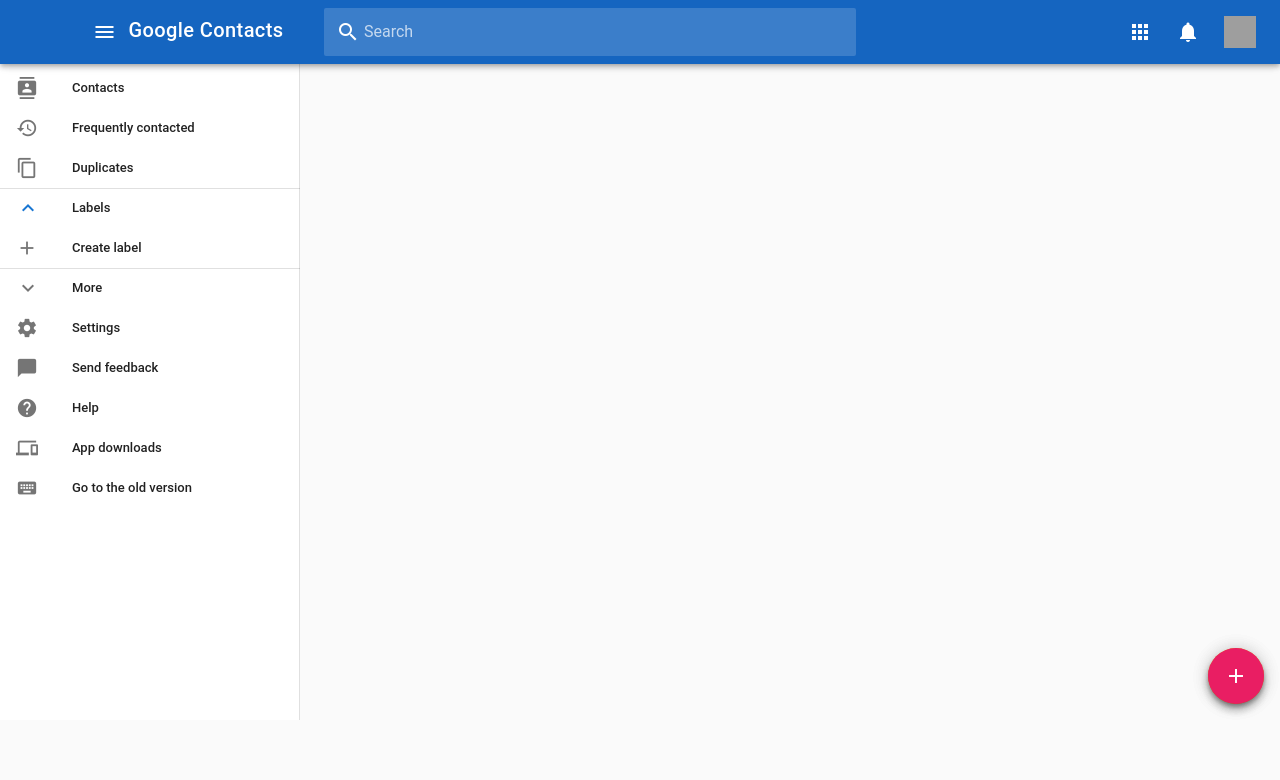
Repository: one82s/fullstackapp
Page: / (app in client/)
An editor plug-in stored every save of this project. The page is shown before and after the next save, followed by the edit.
The browser window is 1280 px wide. The pictures show the whole page.
Pictures or frames that could not be fetched are drawn as grey boxes. The project was rebuilt for these pictures with package versions that can differ from the ones it lists, and the page was loaded fresh each time. Also part of the build but not shown: client/src/components/Login.vue. Imported but missing from the stored project, and not drawn on this page: client/src/components/About.

Above is the page before, as saved 2019-06-27 21:46:53.

### client/src/main.js

// The Vue build version to load with the `import` command
// (runtime-only or standalone) has been set in webpack.base.conf with an alias.
import Vue from 'vue'
import Vuetify from 'vuetify'
import App from './App'
import router from './router'

Vue.config.productionTip = false

Vue.use(Vuetify)

/* eslint-disable no-new */
new Vue({
  el: '#app',
  router,
  components: { App },
  template: '<App/>'
})

### client/src/components/Home.vue
<template>
  <v-app id="inspire">
    <v-navigation-drawer
      v-model="drawer"
      :clipped="$vuetify.breakpoint.lgAndUp"
      fixed
      app
    >
      <v-list dense>
        <template v-for="item in items">
          <v-layout
            v-if="item.heading"
            :key="item.heading"
            row
            align-center
          >
            <v-flex xs6>
              <v-subheader v-if="item.heading">
                {{ item.heading }}
              </v-subheader>
            </v-flex>
            <v-flex xs6 class="text-xs-center">
              <a href="#!" class="body-2 black--text">EDIT</a>
            </v-flex>
          </v-layout>
          <v-list-group
            v-else-if="item.children"
            :key="item.text"
            v-model="item.model"
            :prepend-icon="item.model ? item.icon : item['icon-alt']"
            append-icon=""
          >
            <template v-slot:activator>
              <v-list-tile>
                <v-list-tile-content>
                  <v-list-tile-title>
                    {{ item.text }}
                  </v-list-tile-title>
                </v-list-tile-content>
              </v-list-tile>
            </template>
            <v-list-tile
              v-for="(child, i) in item.children"
              :key="i"
            >
              <v-list-tile-action v-if="child.icon">
                <v-icon>{{ child.icon }}</v-icon>
              </v-list-tile-action>
              <v-list-tile-content>
                <v-list-tile-title>
                  {{ child.text }}
                </v-list-tile-title>
              </v-list-tile-content>
            </v-list-tile>
          </v-list-group>
          <v-list-tile v-else :key="item.text">
            <v-list-tile-action>
              <v-icon>{{ item.icon }}</v-icon>
            </v-list-tile-action>
            <v-list-tile-content>
              <v-list-tile-title>
                {{ item.text }}
              </v-list-tile-title>
            </v-list-tile-content>
          </v-list-tile>
        </template>
      </v-list>
    </v-navigation-drawer>
    <v-toolbar
      :clipped-left="$vuetify.breakpoint.lgAndUp"
      color="blue darken-3"
      dark
      app
      fixed
    >
      <v-toolbar-title style="width: 300px" class="ml-0 pl-3">
        <v-toolbar-side-icon @click.stop="drawer = !drawer"></v-toolbar-side-icon>
        <span class="hidden-sm-and-down">Google Contacts</span>
      </v-toolbar-title>
      <v-text-field
        flat
        solo-inverted
        hide-details
        prepend-inner-icon="search"
        label="Search"
        class="hidden-sm-and-down"
      ></v-text-field>
      <v-spacer></v-spacer>
      <v-btn icon>
        <v-icon>apps</v-icon>
      </v-btn>
      <v-btn icon>
        <v-icon>notifications</v-icon>
      </v-btn>
      <v-btn icon large>
        <v-avatar size="32px" tile>
          <img
            src="https://cdn.vuetifyjs.com/images/logos/logo.svg"
            alt="Vuetify"
          >
        </v-avatar>
      </v-btn>
    </v-toolbar>
    <v-content>
      <v-container fluid fill-height>
        <v-layout >
          <transactions></transactions>
          <!-- <v-tooltip right>
            <template v-slot:activator="{ on }">
              <v-btn :href="source" icon large target="_blank" v-on="on">
                <v-icon large>code</v-icon>
              </v-btn>
            </template>
            <span>Source</span>
          </v-tooltip>
          <v-tooltip right>
            <template v-slot:activator="{ on }">
              <v-btn icon large href="https://codepen.io/johnjleider/pen/EQOYVV" target="_blank" v-on="on">
                <v-icon large>mdi-codepen</v-icon>
              </v-btn>
            </template>
            <span>Codepen</span>
          </v-tooltip> -->
        </v-layout>
      </v-container>
    </v-content>
    <edit-transactions></edit-transactions>
    <v-btn
      fab
      bottom
      right
      color="pink"
      dark
      fixed
      @click="dialog = !dialog"
    >
      <v-icon>add</v-icon>
    </v-btn>
    <v-dialog v-model="dialog" width="800px">
      <v-card>
        <v-card-title
          class="grey lighten-4 py-4 title"
        >
          Create contact
        </v-card-title>
        <v-container grid-list-sm class="pa-4">
          <v-layout row wrap>
            <v-flex xs12 align-center justify-space-between>
              <v-layout align-center>
                <v-avatar size="40px" class="mr-3">
                  <img
                    src="//ssl.gstatic.com/s2/oz/images/sge/grey_silhouette.png"
                    alt=""
                  >
                </v-avatar>
                <v-text-field
                  placeholder="Name"
                ></v-text-field>
              </v-layout>
            </v-flex>
            <v-flex xs6>
              <v-text-field
                prepend-icon="business"
                placeholder="Company"
              ></v-text-field>
            </v-flex>
            <v-flex xs6>
              <v-text-field
                placeholder="Job title"
              ></v-text-field>
            </v-flex>
            <v-flex xs12>
              <v-text-field
                prepend-icon="mail"
                placeholder="Email"
              ></v-text-field>
            </v-flex>
            <v-flex xs12>
              <v-text-field
                type="tel"
                prepend-icon="phone"
                placeholder="(000) 000 - 0000"
                mask="phone"
              ></v-text-field>
            </v-flex>
            <v-flex xs12>
              <v-text-field
                prepend-icon="notes"
                placeholder="Notes"
              ></v-text-field>
            </v-flex>
          </v-layout>
        </v-container>
        <v-card-actions>
          <v-btn flat color="primary">More</v-btn>
          <v-spacer></v-spacer>
          <v-btn flat color="primary" @click="dialog = false">Cancel</v-btn>
          <v-btn flat @click="dialog = false">Save</v-btn>
        </v-card-actions>
      </v-card>
    </v-dialog>
  </v-app>
</template>

<script>
import Transactions from './Transactions'
import EditTransactions from './EditTransactions'
export default {
  name: 'Home',
  components: {
    Transactions,
    EditTransactions
  },
  data: () => ({
    dialog: false,
    drawer: null,
    items: [
      { icon: 'contacts', text: 'Contacts' },
      { icon: 'history', text: 'Frequently contacted' },
      { icon: 'content_copy', text: 'Duplicates' },
      {
        icon: 'keyboard_arrow_up',
        'icon-alt': 'keyboard_arrow_down',
        text: 'Labels',
        model: true,
        children: [
          { icon: 'add', text: 'Create label' }
        ]
      },
      {
        icon: 'keyboard_arrow_up',
        'icon-alt': 'keyboard_arrow_down',
        text: 'More',
        model: false,
        children: [
          { text: 'Import' },
          { text: 'Export' },
          { text: 'Print' },
          { text: 'Undo changes' },
          { text: 'Other contacts' }
        ]
      },
      { icon: 'settings', text: 'Settings' },
      { icon: 'chat_bubble', text: 'Send feedback' },
      { icon: 'help', text: 'Help' },
      { icon: 'phonelink', text: 'App downloads' },
      { icon: 'keyboard', text: 'Go to the old version' }
    ]
  }),
  props: {
    source: String
  },
  methods:{
    menuAction:function(){
        console.log('menuAction here')
    },
    showProfile: function(){
        console.log('show profile here')
    }
  }
}
</script>

### client/src/components/Transactions.vue
<template>
    <v-card style="width:100%">
        <v-card-title>
            <span class="pr-3">
                Transaction
            </span>
            <v-btn flat icon class="pr-2" v-on:click="gotoMonth(-1)">
                <v-icon>keyboard_arrow_left</v-icon>
            </v-btn>
            <v-btn flat icon class="pr-2" v-on:click="gotoCurrentMonth">
                <v-icon>today</v-icon>
            </v-btn>
             <v-btn flat icon v-on:click="gotoMonth(1)">
                <v-icon>keyboard_arrow_right</v-icon>
            </v-btn>
            <v-spacer></v-spacer>
            <v-text-field
                append-icon="search"
                label="Search"
                single-line
                v-model="transaction.transactionDate"
                hide-details
            ></v-text-field>
        </v-card-title>
        <v-data-table
            v-bind:headers="headers"
            v-bind:items="items"
            v-bind:search="search"
            item_key="_id"
        >
            <template slot="items" slot-scope="props">
                <tr>
                    <td>
                        <v-edit-dialog lazy>
                            {{props.item.transactionDate}}
                            <v-text-field
                                slot="input"
                                label="Edit"
                                v-model="props.item.transactionDate"
                                single-line
                            ></v-text-field>
                        </v-edit-dialog>
                    </td>
                    <td class="text-xs-left">{{props.item.productId}}</td>
                    <td class="text-xs-left">{{props.item.productName}}</td>
                    <td class="text-xs-right">{{props.item.amount}}</td>
                </tr>
            </template>

            <template slot="pageText" slot-scope="{pageStart, pageStop}">
                From {{pageStart}} to {{pageStop}}
            </template>
        </v-data-table>
    </v-card>
</template>

<script>
export default {
  data () {
    return {
      months: [
        {name: 'Zero', abbrev: 'ZZZ', index: 0},
        {name: 'January', abbrev: '1', index: 1},
        {name: 'February', abbrev: '2', index: 2},
        {name: 'March', abbrev: '3', index: 3},
        {name: 'April', abbrev: '4', index: 4},
        {name: 'May', abbrev: '5', index: 5},
        {name: 'June', abbrev: '6', index: 6},
        {name: 'July', abbrev: '7', index: 7},
        {name: 'August', abbrev: '8', index: 8},
        {name: 'September', abbrev: '9', index: 9},
        {name: 'October', abbrev: '10', index: 10},
        {name: 'November', abbrev: '11', index: 11},
        {name: 'December', abbrev: '12', index: 12}
      ],
      days: [1, 2, 3, 4, 5, 6, 7, 8, 9, 10, 11, 12, 13, 14, 15, 16, 17, 18, 19, 20, 21, 22, 23, 24, 25, 26, 27, 28, 29, 30],
      currentMonth: 6,
      currentDay: 27,
      currentYear: 2019,
      max25Chars: (v) => v.length <= 25 || 'Input too long',
      search: '',
      pagination: {},
      headers: [
        {text: 'Date', align: 'center', sortable: false, value: 'date'},
        {text: 'Product Id', align: 'center', sortable: false, value: 'productId'},
        {text: 'Product Name', align: 'center', sortable: false, value: 'productName'},
        {text: 'amount', align: 'center', sortable: false, value: 'amount'}
      ],
      items: [
        {'id': '5d143e5de02f3318f61e6e7a'},
        {'transactionDate': '12/29/2018'},
        {'productId': 'product1'},
        {'productName': 'Cookie Dough - Peanut Butter'},
        {'amount': '26'}
      ]
    }
  },
  methods: {
    gotoMonth: function (param) {
      console.log('here in gotoMonth')
    },
    gotoCurrentMonth: function () {
      console.log('here in gotoCurrentMonth')
    },
    mapTransaction: function (tx) {
      const me = this
      const transDate = new Date(tx.transactionDate)
      let transaction = {
        transactionDate: me.months[transDate.getUTCMonth() + 1].abbrev + '/' + me.days[transDate.getDay] + '/' + me.currentYear

      }
      return transaction
    }
  }
}
</script>

<style>

</style>

### client/src/components/EditTransactions.vue
<template>
    <div>
        <v-btn
            fab
            bottom
            right
            color="orange"
            dark
            fixed
            @click.stop="showEditTransactionDialog"
        >
            <v-icon>add</v-icon>
        </v-btn>
        <v-dialog v-model="dialog" width="800">
            <v-card>
                <v-card-title class="grey lighten py-4 title">
                    New Transaction
                </v-card-title>
                <v-container grid-list-sm class="pa-4">
                    <v-layout row wrap>
                        <v-flex xs12>
                            <v-menu
                                ref="datePicker"
                                lazy
                                :close-on-content-click="false"
                                v-model="transactionDatePicker"
                                transition="scale-trasition"
                                offset-y
                                full-width
                                :nudge-right="40"
                                max-width="290px"
                                min-width="290px"
                            >
                                <v-text-field
                                    slot="activator"
                                    label="Select Transaction Date"
                                    v-model="transaction.transactionDate"
                                    prepend-icon="event"
                                    readonly
                                ></v-text-field>
                                <v-datepicker
                                    v-model="transaction.transactionDate"
                                    v-on:input="$refs.datePicker.save(transaction.transactionDate)"
                                ></v-datepicker>
                            </v-menu>
                        </v-flex>
                        <!-- <v-flex xs12>
                            <v-select
                                prepend-icon="credit_card"
                                v-bind:items="transactionTypes"
                                v-model="transaction.transactionType"
                                label="Transaction Type"
                                single-line
                                bottom
                            ></v-select>
                        </v-flex> -->
                        <v-flex xs12>
                            <v-select
                                prepend-icon="description"
                                placeholder="Description"
                                v-model="transaction.productName"
                            ></v-select>
                        </v-flex>
                    </v-layout>
                </v-container>
                <v-card-actions>
                    <v-spacer></v-spacer>
                    <v-btn flat color="primary" @click="dialog=false">Cancel</v-btn>
                    <v-btn flat @click="saveTransaction">Save</v-btn>
                </v-card-actions>
            </v-card>
        </v-dialog>
    </div>
</template>

<script>
export default {
  data: () => ({
    dialog: false,
    drawer: null,
    transaction: {
      productId: null,
      transactionDate: null,
      productName: '',
      amount: 0.0
    },
    transactionDatePicker: false
  }),
  methods: {
    saveTransaction: function () {
      console.log('saveTransaction here')
    },
    showEditTransactionDialog: function () {
      this.transaction.transactionDate = this.getCurrentDate()
      this.dialog = true
    },
    getCurrentDate: function () {
      const dt = new Date(Date.now)
      let month = '' + (dt.getMonth + 1)
      let day = '' + dt.getDate()
      let year = dt.getFullYear()

      if (month.length < 2) month = '0' + month
      if (day.length < 2) day = '0' + day
      return [year, month, day].join('-')
    }
  }
}
</script>

<style>

</style>

Loaded but not shown: client/index.html (common file); client/src/App.vue (common file); client/src/router/index.js (common file)

After the next save:
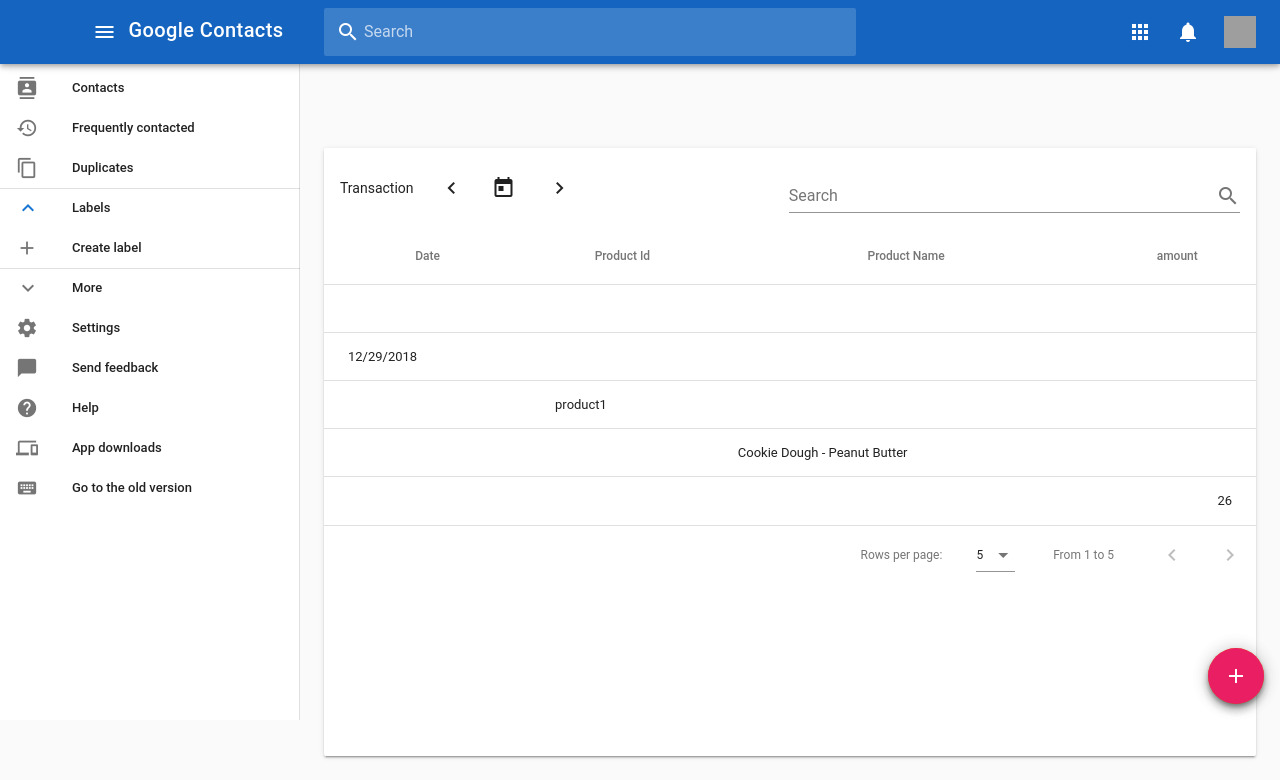
Saved 6 min 49 s later.
--- a/client/src/components/Transactions.vue
+++ b/client/src/components/Transactions.vue
@@ -58,6 +58,12 @@
 export default {
   data () {
     return {
+      transaction: {
+        productId: null,
+        transactionDate: null,
+        productName: '',
+        amount: 0.0
+      },
       months: [
         {name: 'Zero', abbrev: 'ZZZ', index: 0},
         {name: 'January', abbrev: '1', index: 1},
